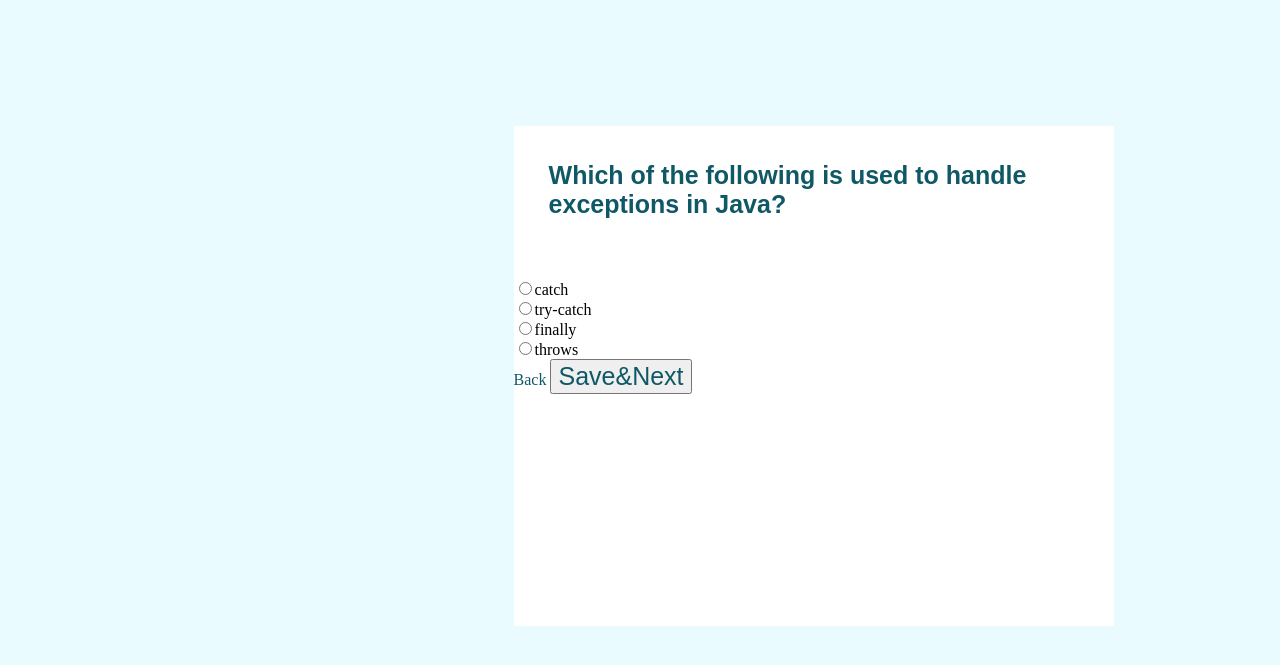
Repository: Rupali-8062Chourasiya5279/Internship_Task_Rupali
Page: Programming Language/quiz/QuizApp/src/main/webapp/First.html
The author's editor kept a copy of each file at every save. The page is drawn from the files as they stood at one save, then again after the next save.
The browser window is 1280 px wide. The pictures show the whole page.

Above is the page before, as saved 2025-01-24 13:38:38.

After the next save:
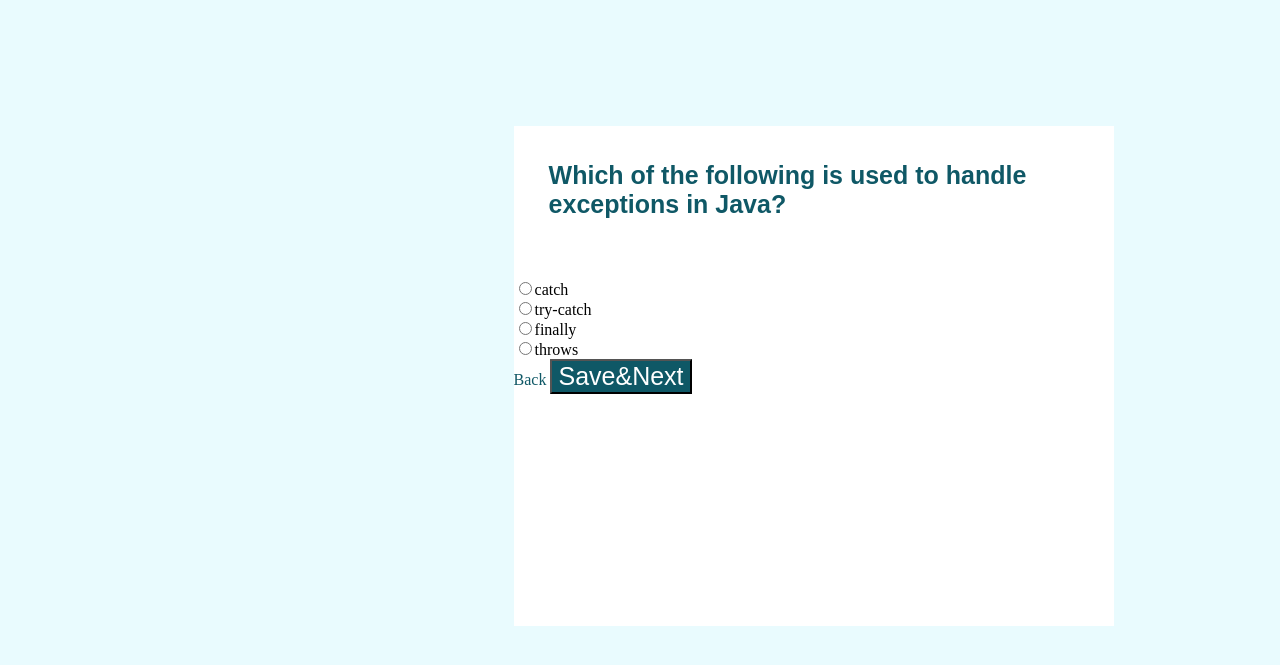
Saved 27 s later.
--- a/Programming Language/quiz/QuizApp/src/main/webapp/First.html
+++ b/Programming Language/quiz/QuizApp/src/main/webapp/First.html
@@ -28,10 +28,11 @@ margin-top: 10%;
  text-decoration: none;
  color: #0f5866;
  }
- input
+ #sub
  {
-  font: bold;
- color: #0f5866;
+ font: bold;
+ color: white;
+ background-color:#0f5866;
  font-family: sans-serif;
  font-size: 25px;
  }
